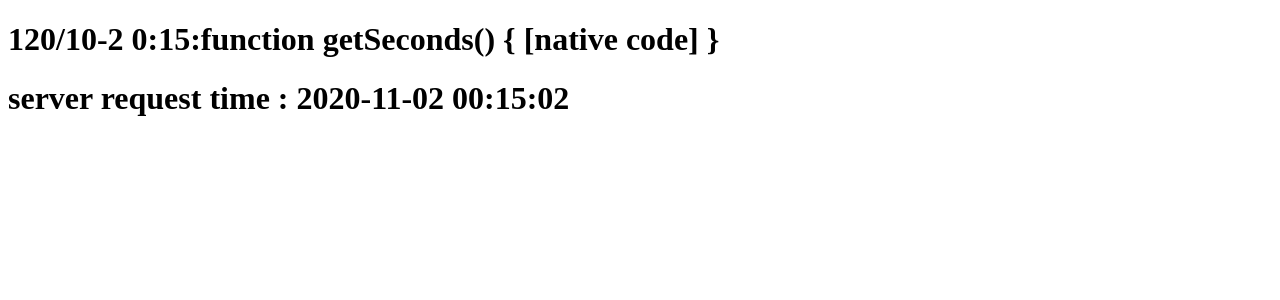
Repository: jjungee/DDIT-JSP
Page: http://localhost/JSP_JSTL/fmt/dateFormat.jsp
An editor plug-in stored every save of this project. The page is shown before and after the next save, followed by the edit.
The browser window is 1280 px wide. The pictures show the whole page.
The page is served by Tomcat 9.

Above is the page before, as saved 2020-11-04 02:40:05.

After the next save:
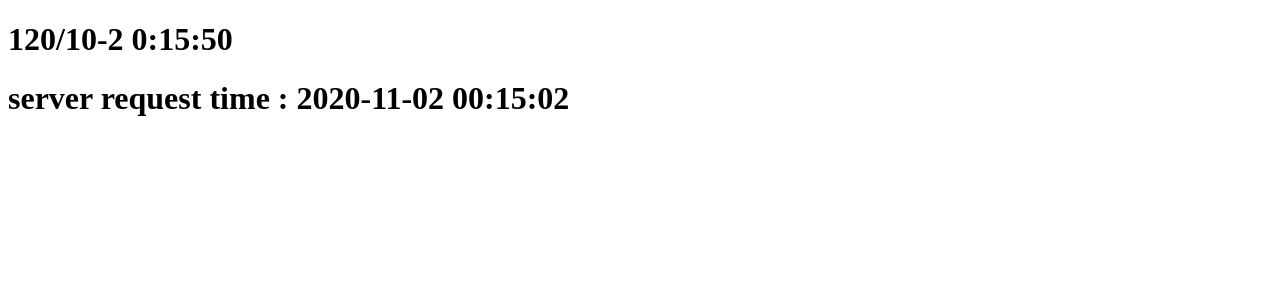
Saved 15 s later.
--- a/JSP_JSTL/WebContent/fmt/dateFormat.jsp
+++ b/JSP_JSTL/WebContent/fmt/dateFormat.jsp
@@ -23,7 +23,7 @@
 			var time = setInterval(function(){
 				var today=new Date();
 				var todayStr = today.getYear()+"/"+today.getMonth()+"-"+today.getDate() + " "
-				+ today.getHours() + ":" + today.getMinutes() + ":" + today.getSeconds;
+				+ today.getHours() + ":" + today.getMinutes() + ":" + today.getSeconds();
 
 				document.getElementById("time").innerHTML=todayStr;
 			}, 1000)
